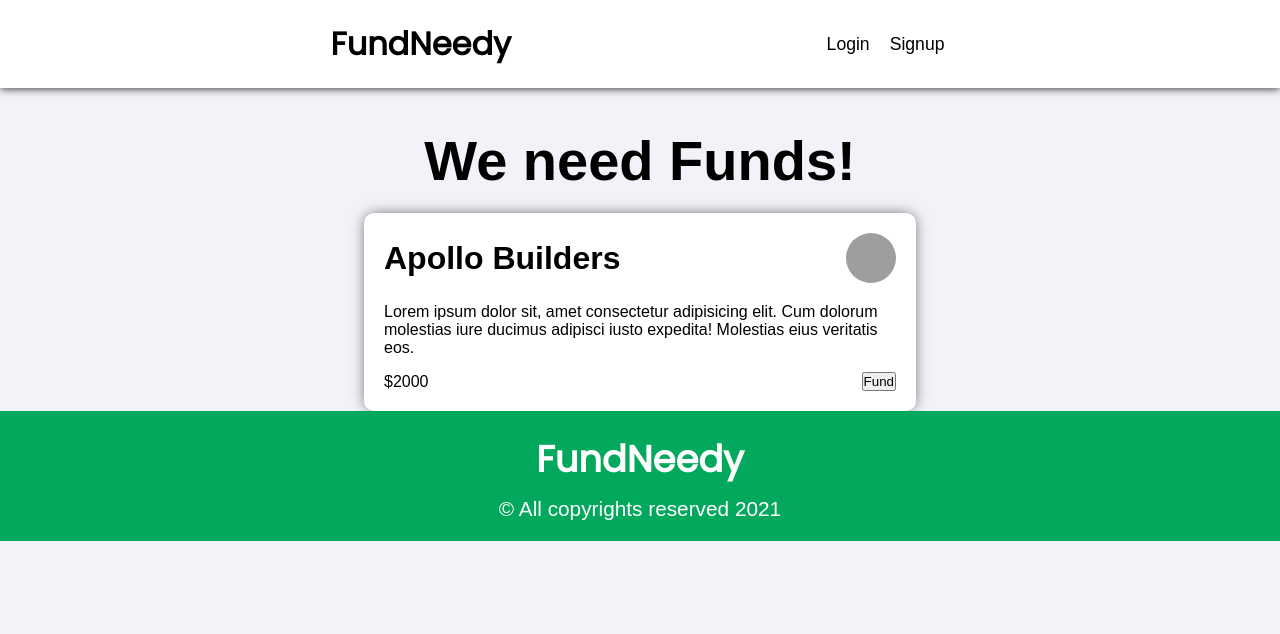
Repository: osdc/codejam
Page: /needies (app in sassy-sandwiches/fund-needy/)
The author's editor kept a copy of each file at every save. The page is drawn from the files as they stood at one save, then again after the next save.
The browser window is 1280 px wide. The pictures show the whole page.
Pictures or frames that could not be fetched are drawn as grey boxes. The project was rebuilt for these pictures with package versions that can differ from the ones it lists, and the page was loaded fresh each time. Also part of the build but not shown: sassy-sandwiches/fund-needy/src/Showcase.css, sassy-sandwiches/fund-needy/src/Showcase.js.

Above is the page before, as saved 2021-01-09 19:40:55.

After the next save:
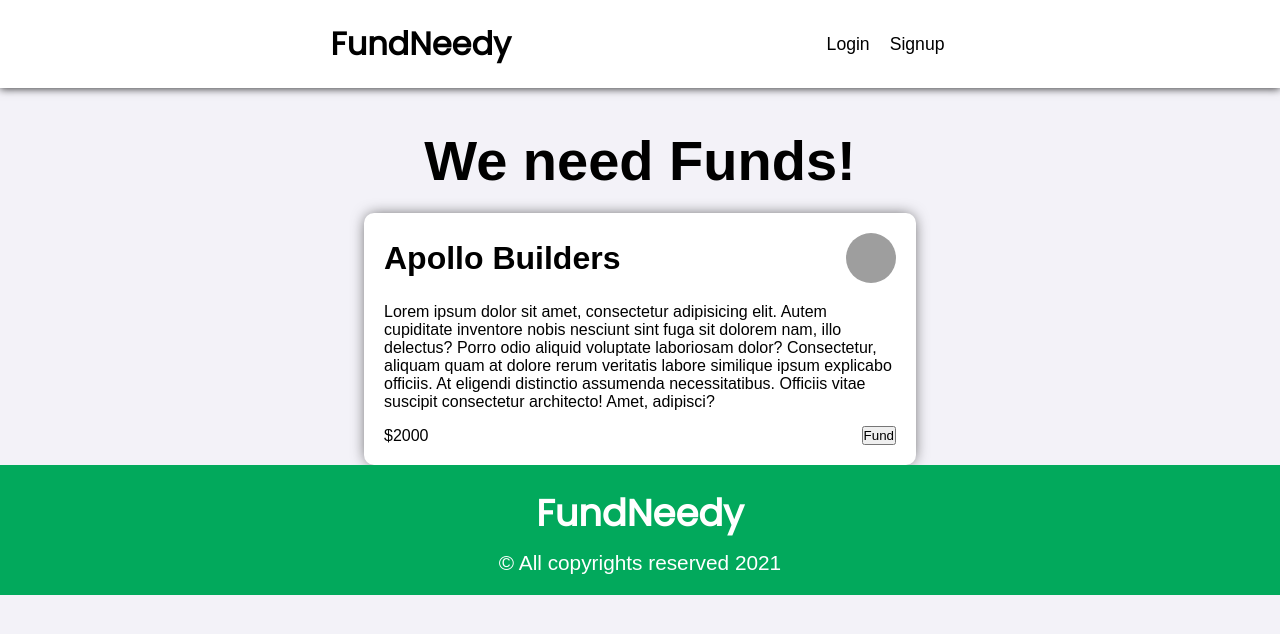
Saved 26 s later.
--- a/sassy-sandwiches/fund-needy/src/Needy.js
+++ b/sassy-sandwiches/fund-needy/src/Needy.js
@@ -13,9 +13,12 @@ function Needy() {
       </div>
       <div className="needy_body">
         <p>
-          Lorem ipsum dolor sit, amet consectetur adipisicing elit. Cum dolorum
-          molestias iure ducimus adipisci iusto expedita! Molestias eius
-          veritatis eos.
+          Lorem ipsum dolor sit amet, consectetur adipisicing elit. Autem
+          cupiditate inventore nobis nesciunt sint fuga sit dolorem nam, illo
+          delectus? Porro odio aliquid voluptate laboriosam dolor? Consectetur,
+          aliquam quam at dolore rerum veritatis labore similique ipsum
+          explicabo officiis. At eligendi distinctio assumenda necessitatibus.
+          Officiis vitae suscipit consectetur architecto! Amet, adipisci?
         </p>
       </div>
       <div className="needy_footer">
